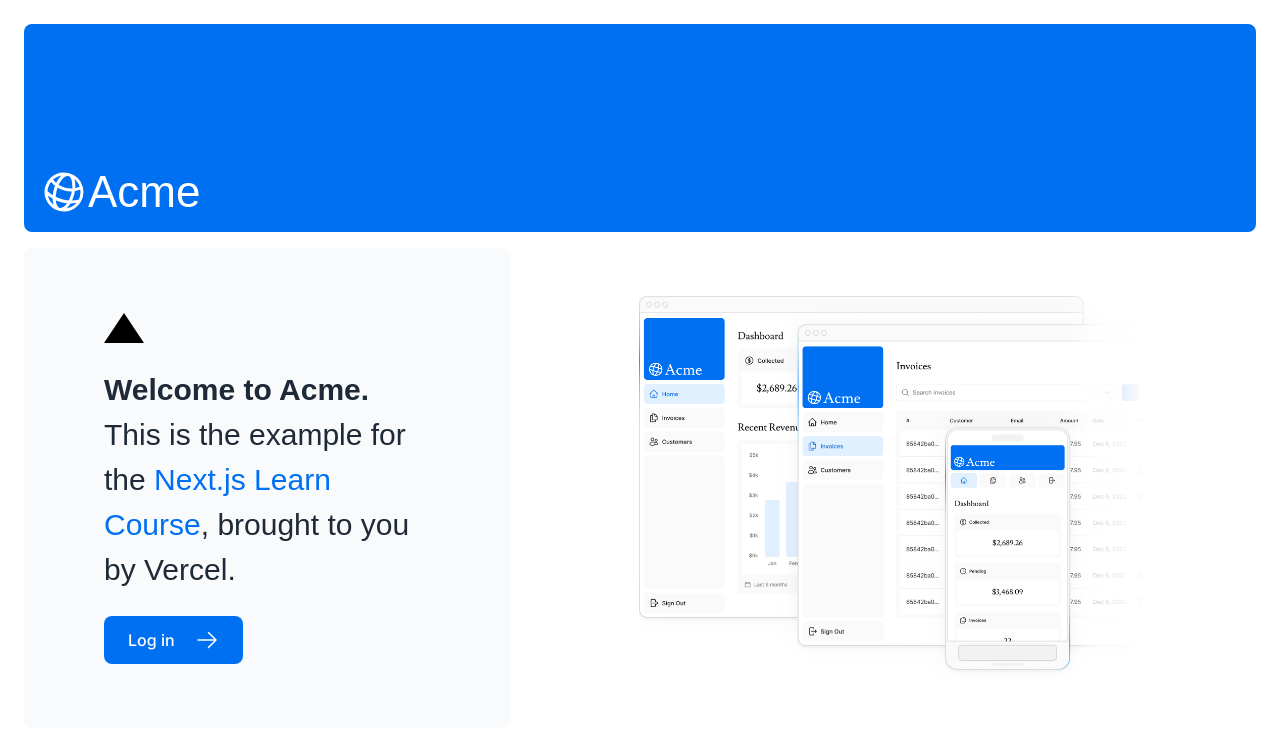
Repository: ThatGirlJam/jaime-portfolio
Page: /
An editor plug-in stored every save of this project. The page is shown before and after the next save, followed by the edit.
The browser window is 1280 px wide. The pictures show the whole page.
Some web fonts or font styles are not loaded; a fallback is used. The project was rebuilt for these pictures with package versions that can differ from the ones it lists, and the page was loaded fresh each time. The framework's server and built-in components were replaced by stand-ins that run in the browser. Also part of the build but not shown: next.config.js.

Above is the page before, as saved 2024-04-09 20:52:00.

After the next save:
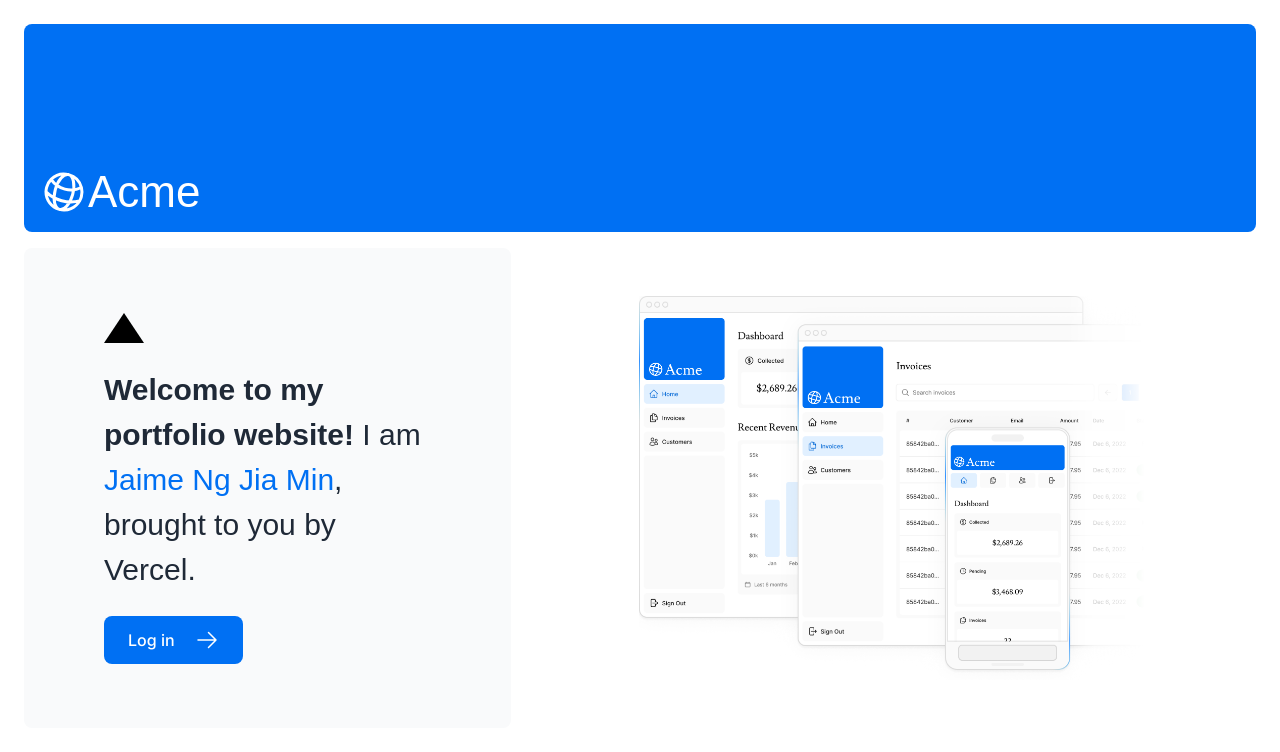
Saved 8 min 39 s later.
--- a/app/page.tsx
+++ b/app/page.tsx
@@ -16,14 +16,18 @@
           <p
             className={`${lusitana.className} text-xl text-gray-800 md:text-3xl md:leading-normal`}
           >
-            <strong>Welcome to Acme.</strong> This is the example for the{' '}
-            <a href="https://nextjs.org/learn/" className="text-blue-500">
-              Next.js Learn Course
+            <strong>Welcome to my portfolio website!</strong> I am{' '}
+            <a
+              href="www.linkedin.com/in/jaime-ng-jm"
+              target="_blank"
+              className="text-blue-500"
+            >
+              Jaime Ng Jia Min
             </a>
             , brought to you by Vercel.
           </p>
           <Link
-            href="/login"
+            href="/dashboard"
             className="flex items-center gap-5 self-start rounded-lg bg-blue-500 px-6 py-3 text-sm font-medium text-white transition-colors hover:bg-blue-400 md:text-base"
           >
             <span>Log in</span> <ArrowRightIcon className="w-5 md:w-6" />
